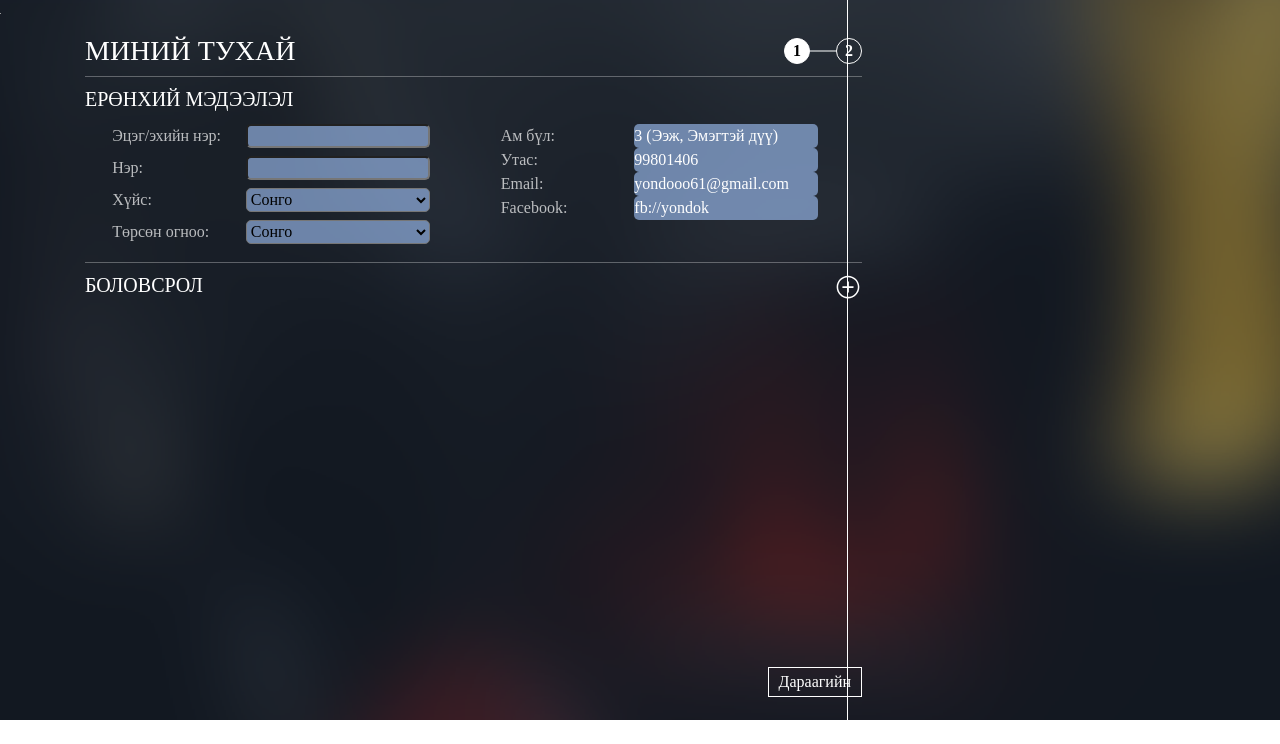
Repository: Yondo202/svProject
Page: /
These files come from the project's save history. The page is drawn as it stood at one moment and after the next save; the edit follows.
The browser window is 1280 px wide. The pictures show the whole page.
The project was rebuilt for these pictures with package versions that can differ from the ones it lists, and the page was loaded fresh each time. The framework's server and built-in components were replaced by stand-ins that run in the browser. Also part of the build but not shown: next.config.js, style/style.scss.

Above is the page before, as saved 2020-11-20 01:31:38.

### pages/_app.js
import React from "react";
import App from "next/app";
import '../style/style.scss'
import { AnimatePresence } from "framer-motion";
import { MenuProvider } from "@/miscs/ContextMenuProvider";
import { ThemeProvider } from "styled-components";
import * as theme from "@/miscs/theme";
import checkLanguage from "@/components/miscs/checkLanguage";

const base = "http://localhost:1337";

class MyApp extends App {
    state = {
        menu: [],
        completelyLoaded: false,
    };
    // async componentDidMount() {
    //     let res = await checkLanguage(queryString, null);
    //     this.setState({ completelyLoaded: true, menu: res.data.menu.Main});
    // }

    render() {
        const { Component, pageProps, router } = this.props;

        return (
            <ThemeProvider theme={theme}>
                <MenuProvider value={this.state}>
                    <AnimatePresence exitBeforeEnter>
                        <Component {...pageProps} key={router.route} />
                    </AnimatePresence>
                </MenuProvider>
            </ThemeProvider>
        );
    }
}

export default MyApp;

const queryString = ``

// const queryString = `
// {
// menu {
//     Main {
//     Title Slug Page {
//         Slug
//         }
//         }
//     }
// }`;

### pages/_document.js
import css from '../style/style.scss'
import Document, { Html, Head, Main, NextScript } from 'next/document'
import Pixel from "@/components/miscs/Pixel";

class MyDocument extends Document {
    render(){
        return(
            <Html lang="mn">
                <Head>
                    <link rel="stylesheet" href="https://stackpath.bootstrapcdn.com/bootstrap/4.3.1/css/bootstrap.min.css" integrity="sha384-ggOyR0iXCbMQv3Xipma34MD+dH/1fQ784/j6cY/iJTQUOhcWr7x9JvoRxT2MZw1T" crossOrigin="anonymous"/>
                    <link rel="shortcut icon" href="/img/ico.png" />
                    <link href="https://fonts.googleapis.com/css2?family=Roboto:wght@300;400;700&display=swap" rel="stylesheet"/>
                    <link href="https://fonts.googleapis.com/css2?family=Poppins:wght@300;400;500&display=swap" rel="stylesheet"></link>
                    <Pixel/>
                </Head>
                <body>
                    <Main/>
                    <NextScript/>
                </body>
            </Html>
        )
    }
}

export default MyDocument

### pages/index.js
import React from "react";
import { motion } from "framer-motion";
import Background from '../components/Top'
import Forms from '../components/mainForm'

function index() {
    return (
        <div>
            <Background />
            <Forms />
        </div>
    )
}

export default index




























// import Root from "@/core/Root";
// import ResolveComponent from "@/components/dynamic/ResolveComponent"
// import checkLanguage from "@/components/miscs/checkLanguage";
// import { MenuContext } from '@/miscs/ContextMenuProvider'
// import { useContext } from "react";

// const Index = ({ data }) => {

//     let { Layout } = data
//     const { completelyLoaded } = useContext(MenuContext);

//     return (
//         <motion.div exit={{ opacity: 0 }} initial={{ opacity: 0 }} animate={{ opacity: 1 }} >
//             <Root noFooter>
//                 {completelyLoaded &&
//                     <ResolveComponent data={Layout} />
//                 }
//             </Root>
//         </motion.div>
//     );

// };
// export default Index;

// export async function getServerSideProps({ params, req }) {
//     let res = await checkLanguage('/home', req, true);
//     return { props: { data: res.data } }
// }

### components/miscs/ContextMenuProvider.js
import React from 'react';

const MenuContext = React.createContext();

const MenuProvider = MenuContext.Provider
const MenuConsumer = MenuContext.Consumer

export {MenuProvider, MenuConsumer, MenuContext}

### components/miscs/theme.js
export const colorOne = "#532532";
export const colorTwo = "#123123";
export const fontSize = "16px";
export const fontFamily1 = "Poppins', sans-serif"

### components/miscs/checkLanguage.js
import fetch from "node-fetch";
import parseCookies from '@/miscs/parseCookies';

const checkLanguage = async (queryString, req, normal) =>{

    const cookies = parseCookies(req);
    const httpObject = { method: 'post', headers: { 'Content-Type': 'application/json'}, body: JSON.stringify({ query: `query ${queryString}`})}

    if(normal){
        return new Promise(async(resolve, reject) => {
            if(cookies['tb-lang'] === "en"){
                const res = await fetch(`http://localhost:1337${queryString}`);
                const pageData = await res.json();
                return resolve({data: pageData});
            }
            else{
                const res = await fetch(`http://localhost:1337${queryString}`);
                const pageData = await res.json();
                return resolve({data: pageData});
            }
        })
    }

    return new Promise(async(resolve, reject)=>{
      if(cookies['tb-lang'] === "en"){
          const res = await fetch('http://localhost:1337/graphql', httpObject)
          const pageData = await res.json()
          return resolve({data: pageData.data});
      }
      else{
          const res = await fetch('http://localhost:1337/graphql', httpObject)
          const pageData = await res.json()
          return resolve({data: pageData.data});
      }
    })

}

export default checkLanguage

### components/miscs/Pixel.js
import React from "react";

export default () => (
    <React.Fragment>
        <script
            dangerouslySetInnerHTML={{
                __html: `!function(f,b,e,v,n,t,s){if(f.fbq)return;n=f.fbq=function(){n.callMethod?n.callMethod.apply(n,arguments):n.queue.push(arguments)};if(!f._fbq)f._fbq=n;n.push=n;n.loaded=!0;n.version='2.0';n.queue=[];t=b.createElement(e);t.async=!0;t.src=v;s=b.getElementsByTagName(e)[0];s.parentNode.insertBefore(t,s)}(window,document,'script','https://connect.facebook.net/en_US/fbevents.js');fbq('init', '626874991348714'); fbq('track', 'PageView');`,
            }}
        />
        <noscript
            dangerouslySetInnerHTML={{
                __html: `<img height="1" width="1" src="https://www.facebook.com/tr?id=626874991348714&ev=PageView&noscript=1"/>`,
            }}
        />
    </React.Fragment>
);

### components/Top.js
// import React from 'react';

// const Test = ({data}) => {
//     return (
//         <div>
//             {data.Title && <h1>{data.Title}hahhaha</h1>}
//         </div>
//     );
// };

// export default Test;

import React from 'react'
import styled from 'styled-components'
function top({data}) {
    return (
        <Conainer style={{backgroundImage:"url('/img/Blur.png')"}}>
        </Conainer>
    )
}

export default top


const Conainer = styled.div`
    color:white;
    background-size: cover;
    background-position:center center;
    min-height: 80vh;
    max-height: 100vh;
    height: 100vh;
    width: 100%;
    position: fixed;
    top:0;
    z-index: -2;
`

### components/miscs/parseCookies.js
import cookie from 'cookie'

export default function parseCookies(req) {
    return cookie.parse(req ? req.headers.cookie || "" : document.cookie);
}

### components/form1.js
import React,{useState} from 'react'
import styled from 'styled-components'
import Modal from 'react-modal';
import {IoIosAddCircleOutline} from 'react-icons/io'
import {RiAddLine} from 'react-icons/ri'
import Education from '../components/education'
import Axios from 'axios';


const customStyles = {
    content : {
      top                   : '50%',
      left                  : '50%',
      right                 : 'auto',
      bottom                : 'auto',
      marginRight           : '-50%',
      transform             : 'translate(-50%, -50%)'
    }
  };

function form1() {
    var subtitle;
    const [modalIsOpen,setIsOpen] = React.useState(false);
    function openModal() {
      setIsOpen(true);
    }
    function closeModal(){
    setIsOpen(false);
    }
    const [Value,setValue] = useState('хоосон');


    const handleClick = async (e) =>{
        e.preventDefault();
        let rs = document.querySelectorAll('.getinput');
        let arr = Array.from(rs);
        let final = {};
        arr.map(element=>{
            let field = element.name;
            let value = element.value;
            final[field] = value
        });
        console.log(final, "kekeke")
        await Axios.post('http://localhost:1337/forms', final);
    }
    // const capitalize = (s) => {
    //     if (typeof s !== 'string') return ''
    //     return s.charAt(0).toUpperCase() + s.slice(1)
    //   }

    return (
        <Conainer>
            <div className="headerPAr">
                <h5 className="title">ЕРӨНХИЙ МЭДЭЭЛЭЛ</h5>
            </div>
            <div className="ParentInfo">
                <div className="colOne">
                    <div className="main-info">
                        <label className="B">Эцэг/эхийн нэр:</label>
                        <input className="getinput val" type="text" name="parent" />
                    </div>
                    <div className="main-info">
                        <label className="B">Нэр:</label>
                        <input className="getinput val" type="text" name="name" />
                    </div>
                    <div className="main-info">
                        <label className="B">Хүйс:</label>
                        <select className="getinput val" name="sex" placeholder="сүно">
                            <option value="" >Сонго</option>
                            <option value="man">Эрэгтэй</option>
                            <option value="women">Эмэгтэй</option>
                        </select>
                    </div>
                    <div className="main-info">
                        <label className="B">Төрсөн огноо:</label>
                        <select className="getinput val" name="sex" placeholder="сүно">
                            <option value="" >Сонго</option>
                            <option value="man">Эрэгтэй</option>
                            <option value="women">Эмэгтэй</option>
                        </select>
                    </div>
                </div>

                <div className="colOne">
                    <div className="main-info">
                        <span className="B">Ам бүл:</span>
                        <span className="val">3 (Ээж, Эмэгтэй дүү)</span>
                    </div>
                    <div className="main-info">
                        <span className="B">Утас:</span>
                        <span className="val">99801406</span>
                    </div>
                    <div className="main-info">
                        <span className="B">Email:</span>
                        <span className="val">yondooo61@gmail.com</span>
                    </div>
                    <div className="main-info">
                        <span className="B">Facebook:</span>
                        <span className="val">fb://yondok</span>
                    </div>
                </div>
            </div>

            <Education />
        </Conainer>
    )
}

export default form1

const Conainer = styled.div`
    padding-top:10px;
    .headerPAr{
        width:70%;
        display:flex;
        flex-direction:row;
        justify-content:space-between;
        margin-bottom:5px;
        .svgBtn{
            cursor:pointer;
            font-size:28px;
            border-radius:50%;
            transition:all 0.3s ease;
            &:hover{
                color:black;
                background:white;
            }
        }
    }
    .ParentInfo{
         display:flex;
         flex-direction: row;
         justify-content:space-around;
         width:70%;
         font-size:16px;
         border-bottom: solid 0.5px rgba(255,255,255, 0.3);
         padding-bottom:10px;
         .colOne{
             width:43%;
             .main-info{
                display:flex;
                flex-direction:row;
                justify-content:start;

                 .B{
                     color:rgba(255,255,255, 0.7);
                     width:40%;
                 }
                 .val{
                    border-radius:5px;
                    width:55%;
                    background:rgba(166,200,255, 0.6);
                    height:24px;
                 }
             }
         }
    }
    @media only screen and (max-width:786px){
        .headerPAr{
            width:100%;
        }
        .ParentInfo{
            flex-direction: column;
            width:100%;
            .colOne{
                width:100%;
            }
        }
    }
`

### components/form2.js
import React from 'react'
import styled from 'styled-components'
import Modal from 'react-modal';
import {IoIosAddCircleOutline} from 'react-icons/io'
import {RiAddLine} from 'react-icons/ri'
import Education from '../components/education'


const customStyles = {
    content : {
      top                   : '50%',
      left                  : '50%',
      right                 : 'auto',
      bottom                : 'auto',
      marginRight           : '-50%',
      transform             : 'translate(-50%, -50%)'
    }
  };

function form2() {
    var subtitle;
    const [modalIsOpen,setIsOpen] = React.useState(false);
    function openModal() {
      setIsOpen(true);
    }
    function afterOpenModal() {
        // references are now sync'd and can be accessed.
        subtitle.style.color = '#0E3232';
      }
    function closeModal(){
    setIsOpen(false);
    }
    return (
        <Conainer>
            <div className="headerPAr">
                <h5 className="title">ЕРӨНХИЙ МЭДЭЭЛЭЛ</h5>
                <div>
                <IoIosAddCircleOutline  className="svgBtn" onClick={openModal} />
                {/* <span  className="svgBtn" onClick={openModal}>+</span> */}
                    <Modal
                        isOpen={modalIsOpen}
                        onAfterOpen={afterOpenModal}
                        onRequestClose={closeModal}
                        style={customStyles}
                        contentLabel="Example Modal"
                    >
                        {/* <h2 ref={_subtitle => (subtitle = _subtitle)}>Hello</h2> */}
                        <button onClick={closeModal}>close</button>
                        <form>
                            {/* <input />
                            <button>tab navigation</button>
                            <button>stays</button>
                            <button>inside</button>
                            <button>the modal</button> */}
                        </form>
                    </Modal>
                    </div>
                </div>
            <div className="ParentInfo">
                <div className="colOne">
                    <div className="main-info">
                        <span className="B">Эцэг/эхийн нэр:</span>
                        <span className="val">Гантулга</span>
                    </div>
                    <div className="main-info">
                        <span className="B">Нэр:</span>
                        <span className="val">Ёндонжамц</span>
                    </div>
                    <div className="main-info">
                        <span className="B">Хүйс:</span>
                        <span className="val">Эр</span>
                    </div>
                    <div className="main-info">
                        <span className="B">Төрсөн огноо:</span>
                        <span className="val">1996-05-10</span>
                    </div>
                </div>

                <div className="colOne">
                    <div className="main-info">
                        <span className="B">Ам бүл:</span>
                        <span className="val">3 (Ээж, Эмэгтэй дүү)</span>
                    </div>
                    <div className="main-info">
                        <span className="B">Утас:</span>
                        <span className="val">99801406</span>
                    </div>
                    <div className="main-info">
                        <span className="B">Email:</span>
                        <span className="val">yondooo61@gmail.com</span>
                    </div>
                    <div className="main-info">
                        <span className="B">Facebook:</span>
                        <span className="val">fb://yondok</span>
                    </div>
                </div>
            </div>

            <Education />
        </Conainer>
    )
}

export default form2

const Conainer = styled.div`
    padding-top:10px;
    .headerPAr{
        width:70%;
        display:flex;
        flex-direction:row;
        justify-content:space-between;
        margin-bottom:5px;
        .svgBtn{
            cursor:pointer;
            font-size:28px;
            border-radius:50%;
            transition:all 0.3s ease;
            &:hover{
                color:black;
                background:white;
            }
        }
    }
    .ParentInfo{
         display:flex;
         flex-direction: row;
         justify-content:space-around;
         width:70%;
         font-size:16px;
         border-bottom: solid 0.5px rgba(255,255,255, 0.3);
         padding-bottom:10px;
         .colOne{
             width:43%;
             .main-info{
                display:flex;
                flex-direction:row;
                justify-content:space-between;

                 .B{
                     color:rgba(255,255,255, 0.7);
                     width:40%;
                 }
                 .val{
                    // margin-left:15px;
                    width:55%;
                 }
             }
         }
    }
`

### components/education.js
import React from 'react'
import styled from 'styled-components'
import {IoIosAddCircleOutline} from 'react-icons/io'
import Modal from 'react-modal';

const customStyles = {
    content : {
      top                   : '50%',
      left                  : '50%',
      right                 : 'auto',
      bottom                : 'auto',
      marginRight           : '-50%',
      transform             : 'translate(-50%, -50%)'
    }
  };
function education() {
    var subtitle;
    const [modalIsOpen,setIsOpen] = React.useState(false);
    function openModal() {
      setIsOpen(true);
    }
    function afterOpenModal() {
        // references are now sync'd and can be accessed.
        subtitle.style.color = '#0E3232';
      }
    function closeModal(){
    setIsOpen(false);
    }


    return (
        <Container>
            <div className="headerPAr">
                <h5 className="title">БОЛОВСРОЛ</h5>
                <div>
                <IoIosAddCircleOutline className="svgBtn" onClick={openModal} />
                    <Modal
                        isOpen={modalIsOpen}
                        onAfterOpen={afterOpenModal}
                        onRequestClose={closeModal}
                        style={customStyles}
                        contentLabel="Example Modal"
                    >
                        <h2 ref={_subtitle => (subtitle = _subtitle)}>Hello</h2>
                        <button onClick={closeModal}>close</button>
                        <form>
                            <input />
                            <button>tab navigation</button>
                            <button>stays</button>
                            <button>inside</button>
                            <button>the modal</button>
                        </form>
                    </Modal>
                    </div>
                </div>
        </Container>
    )
}

export default education


const Container = styled.div`
    padding-top:10px;

`

Loaded but not shown: components/mainForm.js (180 lines, source omitted)

After the next save:
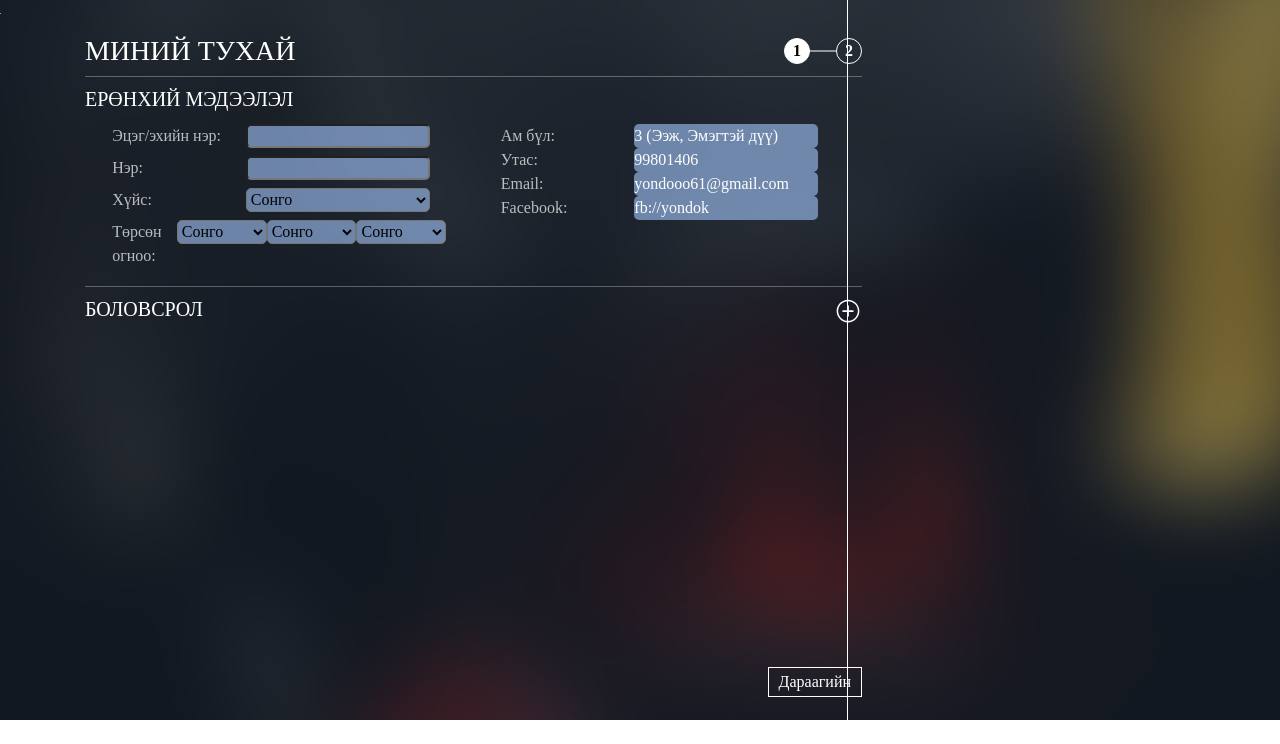
Saved 66 s later.
--- a/components/form1.js
+++ b/components/form1.js
@@ -73,6 +73,16 @@ function form1() {
                     </div>
                     <div className="main-info">
                         <label className="B">Төрсөн огноо:</label>
+                        <select className="getinput val" name="sex" placeholder="сүно">
+                            <option value="" >Сонго</option>
+                            <option value="man">Эрэгтэй</option>
+                            <option value="women">Эмэгтэй</option>
+                        </select>
+                        <select className="getinput val" name="sex" placeholder="сүно">
+                            <option value="" >Сонго</option>
+                            <option value="man">Эрэгтэй</option>
+                            <option value="women">Эмэгтэй</option>
+                        </select>
                         <select className="getinput val" name="sex" placeholder="сүно">
                             <option value="" >Сонго</option>
                             <option value="man">Эрэгтэй</option>
